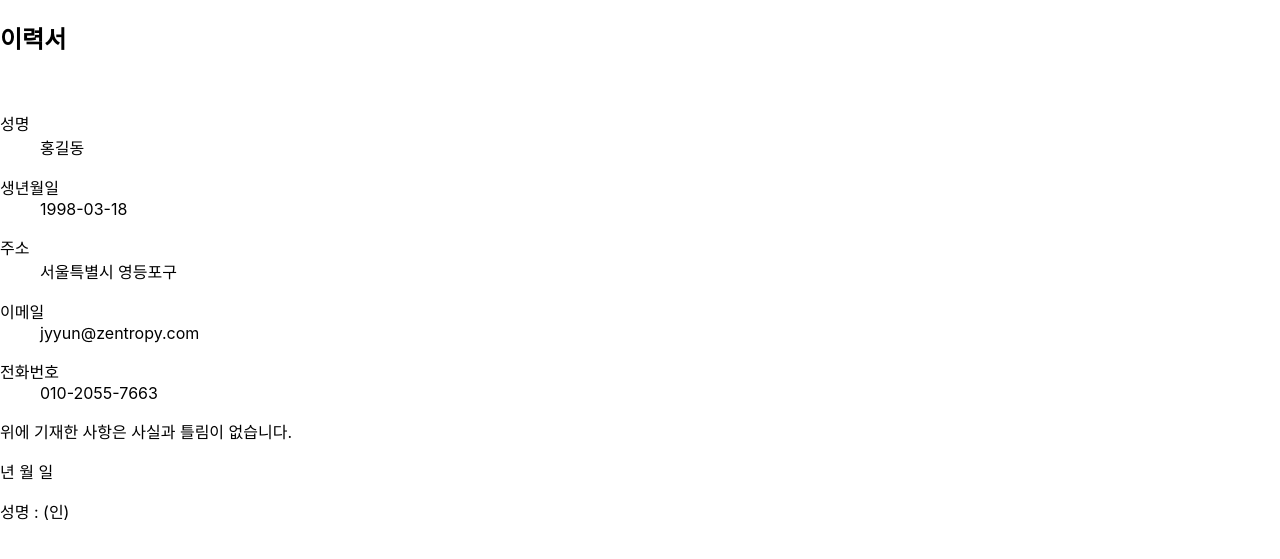
Repository: jiyeonyun/Resume
Page: / (app in resumes/)
The author's editor kept a copy of each file at every save. The page is drawn from the files as they stood at one save, then again after the next save.
The browser window is 1280 px wide. The pictures show the whole page.
The project was rebuilt for these pictures with package versions that can differ from the ones it lists, and the page was loaded fresh each time. Also part of the build but not shown: resumes/src/App.module.css.

Above is the page before, as saved 2022-05-25 14:39:15.

### resumes/src/App.jsx
import { useState } from "react";
import styles from "./App.module.css";
import Educational from "./components/educationalHIstory/educational";
import Footer from "./components/footer/footer";
import Header from "./components/header/header";
import PersonalInfo from "./components/personalInfo/personalInfo";
function App() {
  const [personalInfoData, setPersonalInfoData] = useState({
    name: "홍길동",
    birth: "1998-03-18",
    adress: "서울특별시 영등포구",
    email: "jyyun@zentropy.com",
    number: "010-2055-7663",
  });
  return (
    <div className="App">
      <Header />
      <PersonalInfo personalInfoData={personalInfoData} />
      <Educational />
      <Footer />
    </div>
  );
}

export default App;

### resumes/src/components/educationalHIstory/educational.jsx
import React from "react";
import edudata from "../../data/edudata";
const Educational = (props) => {
  console.log(edudata);
  return <></>;
};

export default Educational;

### resumes/src/components/footer/footer.jsx
import React from "react";

const Footer = (props) => {
  return (
    <footer>
      <p>위에 기재한 사항은 사실과 틀림이 없습니다.</p>
      <p>년 월 일</p>
      <p>성명 : (인) </p>
    </footer>
  );
};

export default Footer;

### resumes/src/components/header/header.jsx
import React from "react";

const Header = (props) => {
  return (
    <header>
      <h2>이력서</h2>
    </header>
  );
};

export default Header;

### resumes/src/components/personalInfo/personalInfo.jsx
import React from "react";

const PersonalInfo = ({ personalInfoData }) => {
  return (
    <section>
      <div>
        <img src="" alt="" />
      </div>
      <div>
        <dl>
          <dt>성명</dt>
          <dd>{personalInfoData.name}</dd>
        </dl>
        <dl>
          <dt>생년월일</dt>
          <dd>{personalInfoData.birth}</dd>
        </dl>
        <dl>
          <dt>주소</dt>
          <dd>{personalInfoData.adress}</dd>
        </dl>
        <dl>
          <dt>이메일</dt>
          <dd>{personalInfoData.email}</dd>
        </dl>
        <dl>
          <dt>전화번호</dt>
          <dd>{personalInfoData.number}</dd>
        </dl>
      </div>
    </section>
  );
};

export default PersonalInfo;

### resumes/src/data/edudata.js
export default [
  {
    date: "2014.03 ~ 2017.02",
    content: "@@ 고등학교",
    grade: "인문계",
    gradu: true,
  },
  {
    date: "2017.03 ~ 2020.08",
    content: "@@ 대학교 경영정보학 전공",
    grade: "4.0/4.5",
    gradu: true,
  },
  {
    date: "2020.09 ~ 2023.09",
    content: "@@ 대학교 @@ 대학원 경영정보학 전공",
    grade: "4.0/4.5",
    gradu: true,
  },
];

Loaded but not shown: resumes/public/index.html (common file); resumes/src/index.js (common file); resumes/src/index.css (common file); resumes/src/reportWebVitals.js (common file)

After the next save:
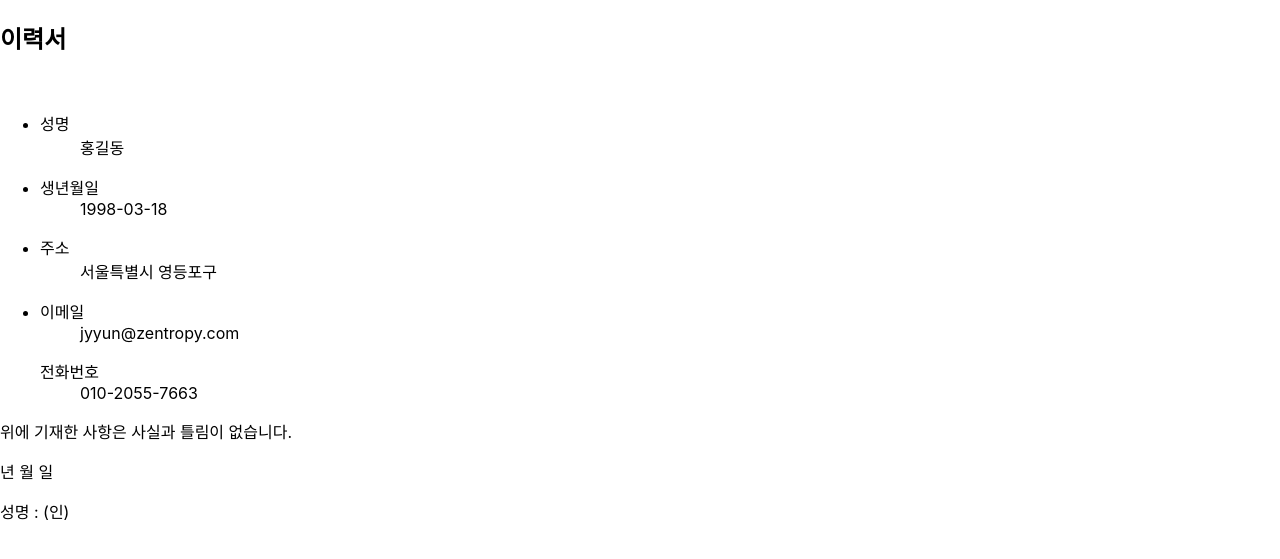
Saved 107 s later.
--- a/resumes/src/components/personalInfo/personalInfo.jsx
+++ b/resumes/src/components/personalInfo/personalInfo.jsx
@@ -7,26 +7,36 @@ const PersonalInfo = ({ personalInfoData }) => {
         <img src="" alt="" />
       </div>
       <div>
-        <dl>
-          <dt>성명</dt>
-          <dd>{personalInfoData.name}</dd>
-        </dl>
-        <dl>
-          <dt>생년월일</dt>
-          <dd>{personalInfoData.birth}</dd>
-        </dl>
-        <dl>
-          <dt>주소</dt>
-          <dd>{personalInfoData.adress}</dd>
-        </dl>
-        <dl>
-          <dt>이메일</dt>
-          <dd>{personalInfoData.email}</dd>
-        </dl>
-        <dl>
+        <ul>
+          <li>
+            <dt>성명</dt>
+            <dd>{personalInfoData.name}</dd>
+          </li>
+        </ul>
+        <ul>
+          <li>
+            {" "}
+            <dt>생년월일</dt>
+            <dd>{personalInfoData.birth}</dd>
+          </li>
+        </ul>
+        <ul>
+          <li>
+            {" "}
+            <dt>주소</dt>
+            <dd>{personalInfoData.adress}</dd>
+          </li>
+        </ul>
+        <ul>
+          <li>
+            <dt>이메일</dt>
+            <dd>{personalInfoData.email}</dd>
+          </li>
+        </ul>
+        <ul>
           <dt>전화번호</dt>
           <dd>{personalInfoData.number}</dd>
-        </dl>
+        </ul>
       </div>
     </section>
   );
